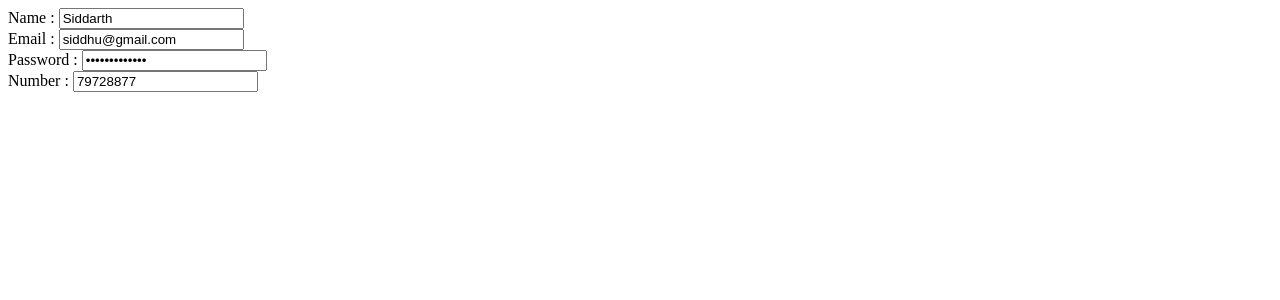
Repository: Use-dev-pixel/PassingDataFromOneServletToAnother
Page: first_servlet/src/main/webapp/signup.html
The author's editor kept a copy of each file at every save. The page is drawn from the files as they stood at one save, then again after the next save.
The browser window is 1280 px wide. The pictures show the whole page.

Above is the page before, as saved 2025-12-09 11:08:12.

### first_servlet/src/main/webapp/signup.html
<!DOCTYPE html>
<html>
<head>
<meta charset="UTF-8">
<title>Insert title here</title>
</head>
<body>
	<form action="signup">
		Name : <input type="text" name="name" value="Siddarth">
		<br>
		Email : <input type="email" name="email" value="siddhu@gmail.com">
		<br>
		Password : <input type="password" name="password" value="shiddhu@12345">
		<br>
		Number : <input type="tel" name="number" value="79728877">
		<br>

	</form>
</body>
</html>

After the next save:
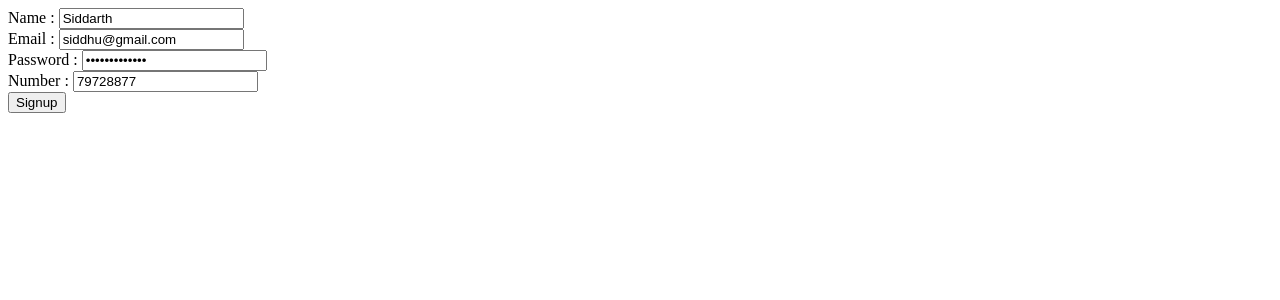
Saved 9 s later.
--- a/first_servlet/src/main/webapp/signup.html
+++ b/first_servlet/src/main/webapp/signup.html
@@ -14,6 +14,7 @@
 		<br>
 		Number : <input type="tel" name="number" value="79728877">
 		<br>
+		<button>Signup</button>
 
 	</form>
 </body>
